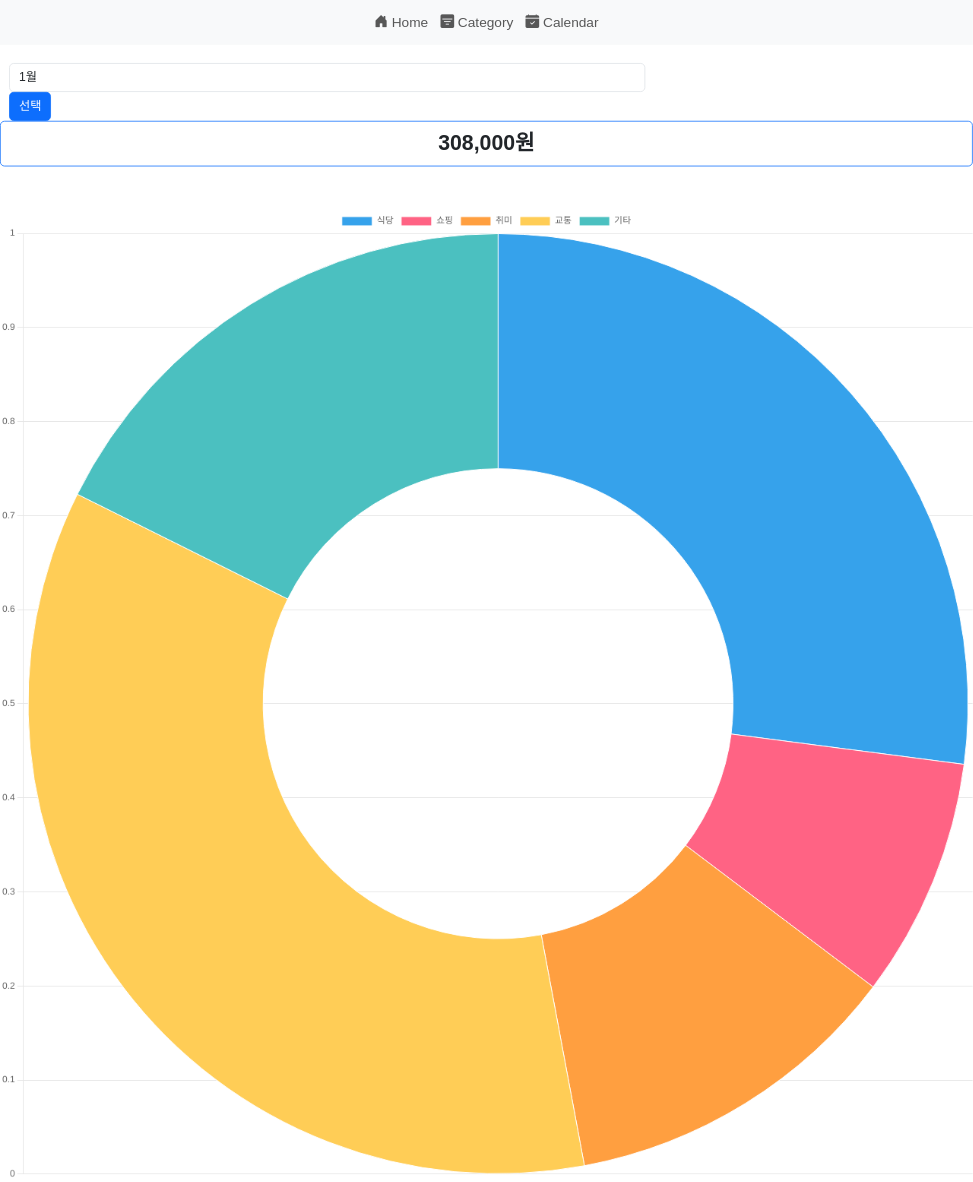
Repository: kimSummerrain/KairosHackathon
Page: venvs/karios/templates/detail.html
These files come from the project's save history. The page is drawn as it stood at one moment and after the next save; the edit follows.
The browser window is 1280 px wide. The pictures show the whole page, at 76% of full size.

Above is the page before, as saved 2024-02-26 16:59:57.

After the next save:
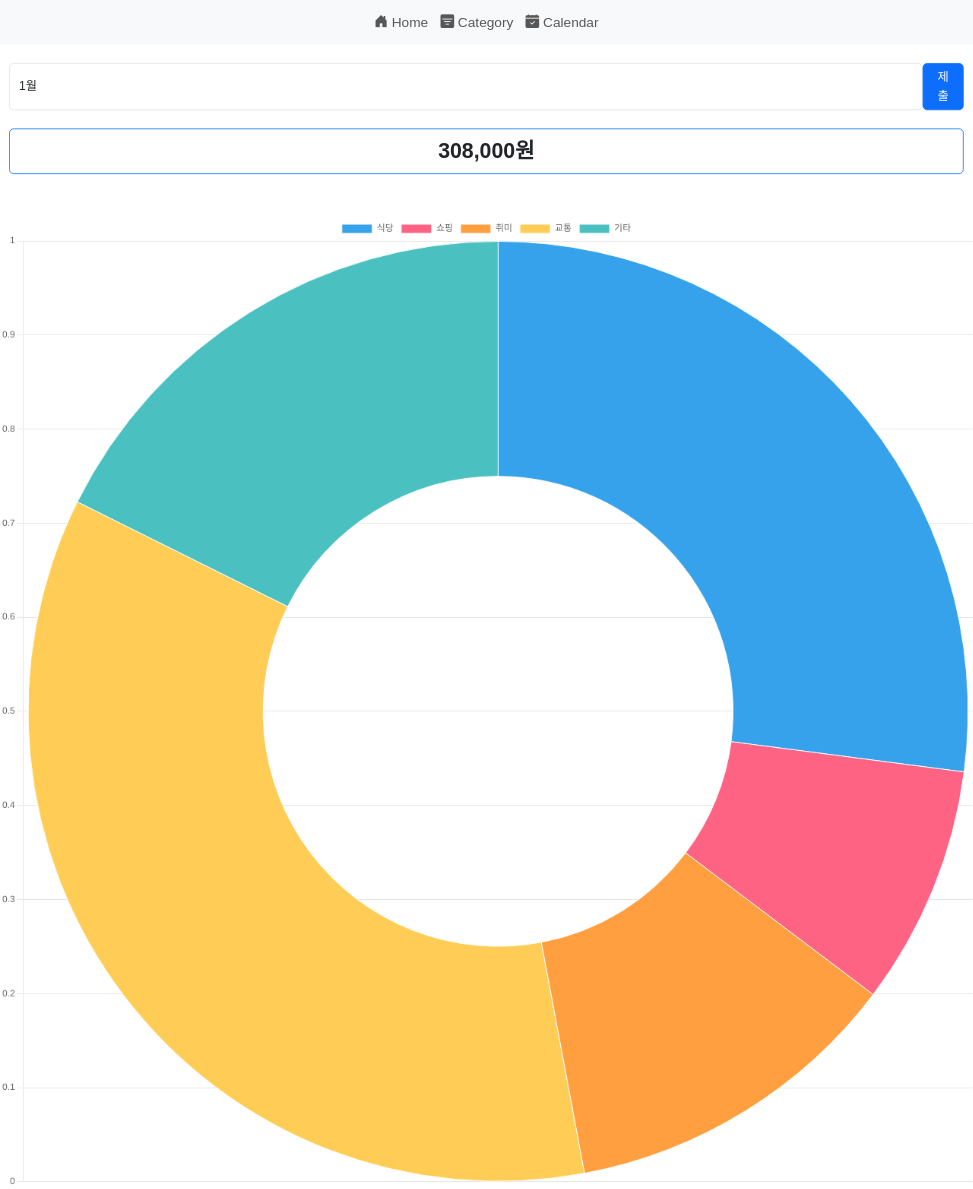
Saved 20 s later.
--- a/venvs/karios/templates/detail.html
+++ b/venvs/karios/templates/detail.html
@@ -36,8 +36,8 @@
     <br>
     <div class="container-fluid">
         <div class="row">
-            <form>
-                <div class="col-md-8">
+            <div class="col">
+                <form>
                     <div class="form-group d-flex">
                         <select class="form-control mr-2" id="month-select">
                             <option value="1">1월</option>
@@ -53,12 +53,12 @@
                             <option value="11">11월</option>
                             <option value="12">12월</option>
                         </select>
+                        <button type="button" class="btn btn-primary" onclick="changeDate()">제출</button>
                     </div>
-                    <button type="button" class="btn btn-primary btn-block" onclick="changeDate()">선택</button>
-                </div>
-            </form>
-            <br>
-            <p class="text-second fs-3 fw-bold border border-primary p-2 mb-2 text-center rounded">308,000원</p>
+                </form>
+                <br>
+                <p class="text-second fs-3 fw-bold border border-primary p-2 mb-2 text-center rounded">308,000원</p>
+            </div>
         </div>
     </div>
     <br>
